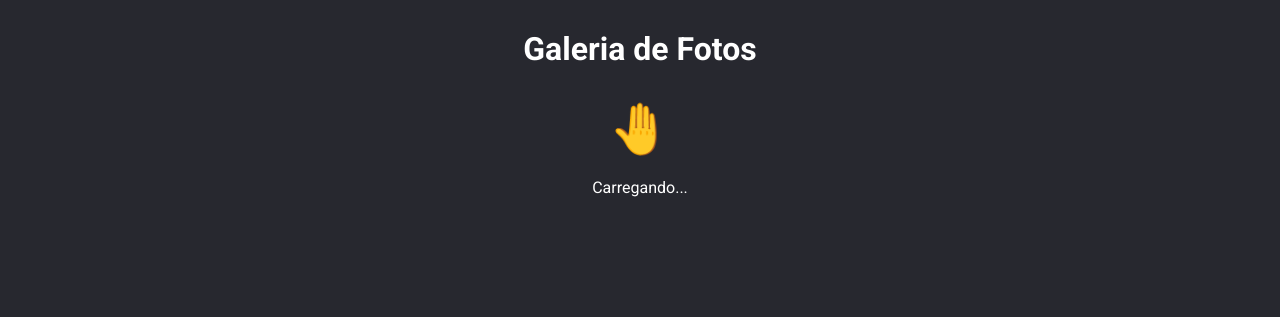
Repository: guilhermecardoso93/imagesapp
Page: /
The author's editor kept a copy of each file at every save. The page is drawn from the files as they stood at one save, then again after the next save.
The browser window is 1280 px wide. The pictures show the whole page.
The page's requests for data from a server got no answer. The project was rebuilt for these pictures with package versions that can differ from the ones it lists, and the page was loaded fresh each time. No one was signed in, and anything a server would have sent is missing. Also part of the build but not shown: src/components/PhotoItem/styles.ts, src/components/PhotoItem/index.tsx.

Above is the page before, as saved 2022-11-14 19:11:03.

### public/index.html
<!DOCTYPE html>
<html lang="en">
  <head>
    <meta charset="utf-8" />
    <meta name="viewport" content="width=device-width, initial-scale=1" />
    <meta name="theme-color" content="#000000" />
    <meta
      name="description"
      content="Web site created using create-react-app"
      />
    <link rel="preconnect" href="https://fonts.googleapis.com">
    <link rel="preconnect" href="https://fonts.gstatic.com" crossorigin>
    <link
      href="https://fonts.googleapis.com/css2?family=Roboto:wght@400;500;700&display=swap"
      rel="stylesheet">
    <link rel="apple-touch-icon" href="%PUBLIC_URL%/logo192.png" />
    <!--
      manifest.json provides metadata used when your web app is installed on a
      user's mobile device or desktop. See https://developers.google.com/web/fundamentals/web-app-manifest/
    -->
    <link rel="manifest" href="%PUBLIC_URL%/manifest.json" />
    <!--
      Notice the use of %PUBLIC_URL% in the tags above.
      It will be replaced with the URL of the `public` folder during the build.
      Only files inside the `public` folder can be referenced from the HTML.

      Unlike "/favicon.ico" or "favicon.ico", "%PUBLIC_URL%/favicon.ico" will
      work correctly both with client-side routing and a non-root public URL.
      Learn how to configure a non-root public URL by running `npm run build`.
    -->
    <title>React App</title>
  </head>
  <body>
    <noscript>You need to enable JavaScript to run this app.</noscript>
    <div id="root"></div>
    <!--
      This HTML file is a template.
      If you open it directly in the browser, you will see an empty page.

      You can add webfonts, meta tags, or analytics to this file.
      The build step will place the bundled scripts into the <body> tag.

      To begin the development, run `npm start` or `yarn start`.
      To create a production bundle, use `npm run build` or `yarn build`.
    -->
  </body>
</html>

### src/index.tsx
import React from 'react';
import ReactDOM from 'react-dom/client';
import { App } from './App';
import reportWebVitals from './reportWebVitals';

import './global.css'

const root = ReactDOM.createRoot(
  document.getElementById('root') as HTMLElement
);
root.render(
  <React.StrictMode>
    <App />
  </React.StrictMode>
);

// If you want to start measuring performance in your app, pass a function
// to log results (for example: reportWebVitals(console.log))
// or send to an analytics endpoint. Learn more: https://bit.ly/CRA-vitals
reportWebVitals();

### src/App.tsx
import { useEffect, useState } from "react";
import { Area, Container, Header, ScreenWaring, PhotoList } from "./App.styles";
import { PhotoItem } from "./components/PhotoItem";
import * as Photos from "./services/photos";
import { PhotoTypes } from "./types/photoTypes";

export function App() {
  const [loading, setLoading] = useState(false);
  const [photos, setPhotos] = useState<PhotoTypes[]>([]);

  useEffect(() => {
    const getPhotos = async () => {
      setLoading(true);
      setPhotos(await Photos.getAll());
      setLoading(false);
    };
    getPhotos();
  }, []);

  return (
    <Container>
      <Area>
        <Header>Galeria de Fotos</Header>
        {loading && (
          <ScreenWaring>
            <div className="emoji">🤚</div>
            <div>Carregando...</div>
          </ScreenWaring>
        )}
        {!loading && photos.length > 0 && (
          <PhotoList>
            {photos.map((photo) => (
              <PhotoItem  key={photo.url} name={photo.name} url={photo.url}/>
            ))}
          </PhotoList>
        )}
        {!loading && photos.length === 0 && (
          <ScreenWaring>
            <div className="emoji">🙃</div>
            <div>Não há fotos disponiveis...</div>
          </ScreenWaring>
        )}
      </Area>
    </Container>
  );
}

### src/global.css
* {
  box-sizing: border-box;
  margin: 0;
  padding: 0;

  font-family: 'Roboto', sans-serif;
}

### src/App.styles.ts
import styled from "styled-components";

export const Container = styled.div`
  background-color: #27282f;
  color: #fff;
  height: 100vh;
`;
export const Area = styled.div`
  margin: auto;
  max-width: 80%;
  padding: 1.87rem 0;
`;

export const Header = styled.h1`
  text-align: center;
  margin-bottom: 2rem;
`;

export const ScreenWaring = styled.div`
  display: flex;
  flex-direction: column;
  align-items: center;
  justify-content: center;

  .emoji {
    font-size: 50px;
    margin-bottom: 20px;
  }
`;

export const PhotoList = styled.div`
  margin: auto;
  display: grid;
  grid-template-columns: 400px 400px 400px 400px;
  grid-template-rows: auto 1fr auto;
  gap: 10px;
`;

export const UploadForm = styled.form`
  background-color: #3d3f4d;
  padding: 15px;
  border-radius: 10px;
  margin-bottom: 30px;


`

### src/services/photos.ts
import { ref,listAll, getDownloadURL } from "firebase/storage";
import { storage } from "../libs/firebase";
import { PhotoTypes } from "../types/photoTypes";

export async function getAll() {
  let list: PhotoTypes[] = [];

  const galleryFolder = ref(storage, "gallery")
  const photoList = await listAll(galleryFolder)

  for(let i in photoList.items) {
    let photoUrl = await getDownloadURL(photoList.items[i])

    list.push({
      name:photoList.items[i].name,
      url: photoUrl,
    })
  }

  return list;
}

### src/libs/firebase.ts
import { initializeApp } from "firebase/app";
import { getStorage } from "firebase/storage";

const firebaseConfig = {
  apiKey: process.env.REACT_APP_FIREBASE_KEY,
  authDomain: process.env.REACT_APP_FIREBASE_AUTHDOMAIN,
  projectId: process.env.REACT_APP_FIREBASE_PROJECTID,
  storageBucket: process.env.REACT_APP_FIREBASE_STORAGEBUCKET,
  messagingSenderId: process.env.REACT_APP_FIREBASE_MESSEAGINGENDRID,
  appId: process.env.REACT_APP_FIREBASE_APPID,
  measurementId: process.env.REACT_APP_MEASUREMENTID,
};

const firebaseApp = initializeApp(firebaseConfig);
export const storage = getStorage(firebaseApp);

Loaded but not shown: src/reportWebVitals.ts (common file)

After the next save:
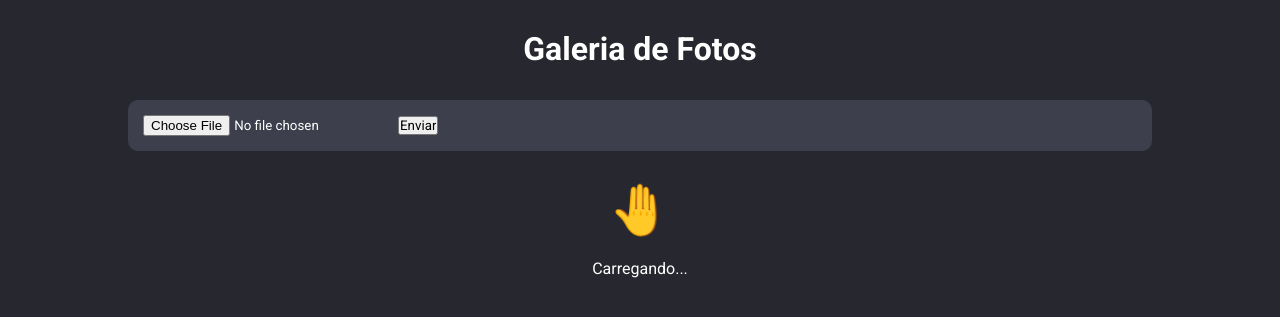
Saved 11 s later.
--- a/src/App.tsx
+++ b/src/App.tsx
@@ -1,5 +1,5 @@
 import { useEffect, useState } from "react";
-import { Area, Container, Header, ScreenWaring, PhotoList } from "./App.styles";
+import { Area, Container, Header, ScreenWaring, PhotoList, UploadForm } from "./App.styles";
 import { PhotoItem } from "./components/PhotoItem";
 import * as Photos from "./services/photos";
 import { PhotoTypes } from "./types/photoTypes";
@@ -7,6 +7,8 @@ import { PhotoTypes } from "./types/photoTypes";
 export function App() {
   const [loading, setLoading] = useState(false);
   const [photos, setPhotos] = useState<PhotoTypes[]>([]);
+
+  function handleFormSubmit() {}
 
   useEffect(() => {
     const getPhotos = async () => {
@@ -21,6 +23,11 @@ export function App() {
     <Container>
       <Area>
         <Header>Galeria de Fotos</Header>
+        <UploadForm method="post" onSubmit={handleFormSubmit}>
+          <input type='file' name='image'/>
+          <input type='submit' value='Enviar'/>
+        </UploadForm>
+
         {loading && (
           <ScreenWaring>
             <div className="emoji">🤚</div>
@@ -30,7 +37,7 @@ export function App() {
         {!loading && photos.length > 0 && (
           <PhotoList>
             {photos.map((photo) => (
-              <PhotoItem  key={photo.url} name={photo.name} url={photo.url}/>
+              <PhotoItem key={photo.url} name={photo.name} url={photo.url} />
             ))}
           </PhotoList>
         )}
